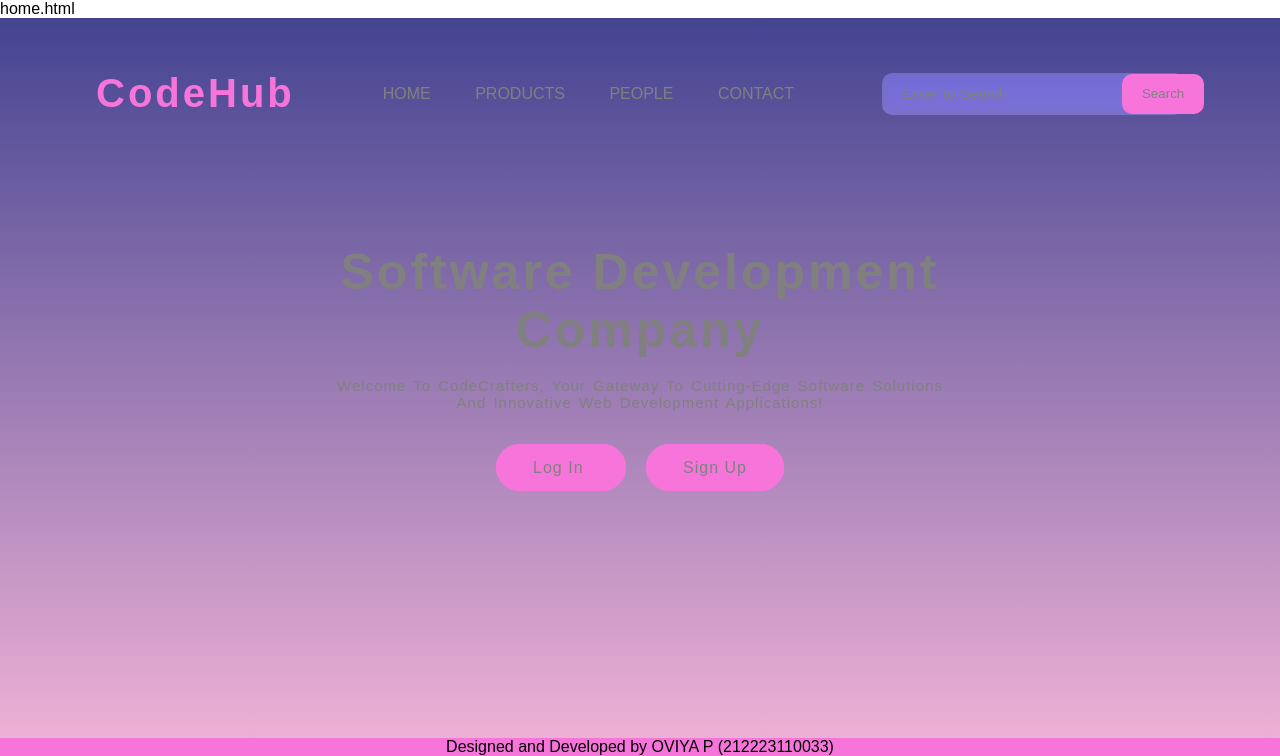
Repository: Oviya24032K6/softweb
Page: oviya/softapp/static/home.html
The author's editor kept a copy of each file at every save. The page is drawn from the files as they stood at one save, then again after a run of saves.
The browser window is 1280 px wide. The pictures show the whole page.

Above is the page before, as saved 2024-04-23 11:25:38.

### oviya/softapp/static/home.html
home.html

<html>
    <head>
        <meta name="viewport" content="width=device-width, initial-scale=1.0">
        <title> Software Development Company </title>
        <style type="text/css">
            * {
                margin: 0;
                padding: 0;
                font-family: Arial, Helvetica, sans-serif;
            }
            .banner {
                width: 100%;
                height: 100vh;
                background-image: linear-gradient(rgba(5, 5, 108, 0.75),rgba(232, 150, 199, 0.75));
                background-size: cover;
                background-position: center;
            }
            .navbar {
                width: 85%;
                margin: auto;
                padding: 35px 0;
                display: flex;
                align-items: center;
                justify-content: space-between;
            }
            .logo {
                color:#f775db;
                font-size: 40px;
                font-weight: 700;
                letter-spacing: 3px;
            }
            span {
                color: gray;
            }
            form {
                width: 300px;
                height: 40px;
                display: flex;
                background: rgba(255, 255, 255, 0.2);
                padding: 1px 1px;
                font-size: 15px;
                border-radius: 10px;
                backdrop-filter: blur(4px) saturate(180%);
            }
            form input {
                background: transparent;
                flex: 1;
                border: 0;
                outline: none;
                padding: 12px 20px;
                font-size: 15px;
                color: gray;
            }
            ::placeholder {
                color: gray;
            }
            form button {
                border: 0;
                outline: none;
                padding: 5px 20px;
                color: gray;
                border-radius: 10px;
                background:#f775db;
                cursor: pointer;
            }
            .navbar li {
                list-style: none;
                display: inline-block;
                margin: 0 20px;
                position: relative;
            }
            .navbar li a {
                text-decoration: none;
                color: gray;
                text-transform: uppercase;
            }
            .navbar li:hover {
                border: 1px;
                padding: 10px;
                color: gray;
                background-color:#f775db;
                transition: 0.5s;
                cursor: pointer;
                border-radius: 30px;
            }
            .content {
                position: absolute;
                top: 50%;
                left: 50%;
                transform: translate(-50%,-50%);
                text-align: center;
            }
            .text h2 {
                color: gray;
                font-weight: 800;
                font-size: 50px;
                letter-spacing: 3px;
            }
            .text p {
                color: gray;
                text-transform: capitalize;
                font-size: 15px;
                margin-bottom: 30px;
                word-spacing: 2px;
                letter-spacing: 1px;
            }
            .login {
                margin: 0px 10px;
                border: 2px solid#f775db;
                padding: 13px 35px;
                letter-spacing: 1px;
                color: gray;
                border-radius: 30px;
                background-color:#f775db;
                text-decoration: none;
            }
            .login:hover {
                border: 2px solid#f775db;
                color:#f775db;
                background-color: gray;
                transition: 0.5s;
                cursor: pointer;
            }
            .signup {
                margin: 0px 10px;
                border: 2px solid#f775db;
                padding: 13px 35px;
                letter-spacing: 1px;
                color: gray;
                border-radius: 30px;
                background-color:#f775db;
                text-decoration: none;
            }
            .signup:hover {
                border: 2px solid#f775db;
                color:#f775db;
                background-color: gray;
                transition: 0.5s;
                cursor: pointer;
            }
            footer {
                background-color:#f775db;
                margin-top: auto;
            }
        </style>
    </head>
<body>
    <div class="banner">
        <br>
        <div class="navbar">
            <h1 class="logo">CodeHub</h1>
            <ul>
                <li><a href="http://127.0.0.1:8000/static/home.html"> Home </a></li>
                <li><a href="http://127.0.0.1:8000/static/product.html"> Products </a></li>
                <li><a href="http://127.0.0.1:8000/static/people.html"> People </a></li>
                <li><a href="http://127.0.0.1:8000/static/contact.html"> Contact </a></li>
            </ul>
            <form action="" method="get">
                <input type="text" placeholder="Enter to Search">
                <button type="submit"> Search </button>
            </form>
        </div>
        <div class="content">
            <div class="text">
                <h2> Software Development Company </h2>
                <br>
                <p> Welcome to CodeCrafters, your gateway to cutting-edge software solutions and innovative web development applications! </p>
                <br>
                <div>
                    <a href="#" class="login"> Log In </a>
                    <a href="#" class="signup"> Sign Up </a>
                </div>
            </div>
        </div>
    </div>
    <footer>
        <center> Designed and Developed by OVIYA P (212223110033) </center>
    </footer>
</body>
</html>

After the next 4 saves:
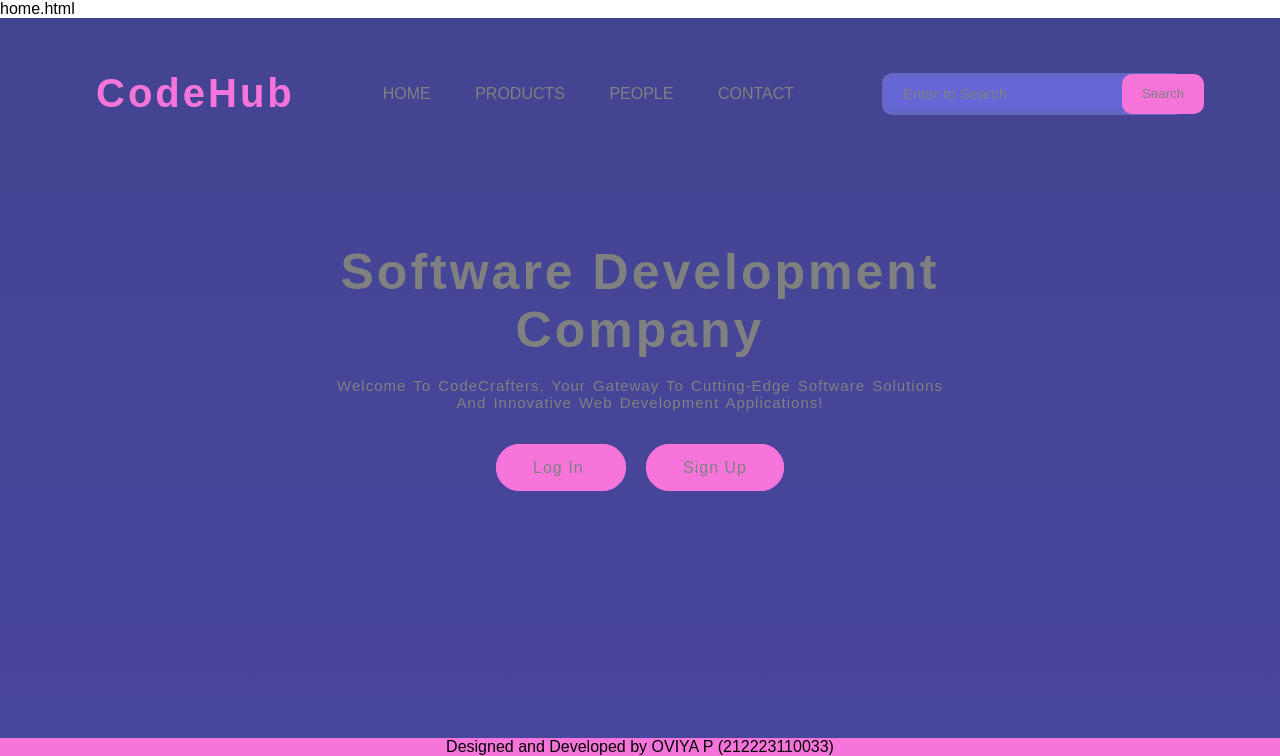
The 4 saves are shown as one change because they came seconds apart.
The last was saved 11 s later.
--- a/oviya/softapp/static/home.html
+++ b/oviya/softapp/static/home.html
@@ -13,7 +13,7 @@ home.html
             .banner {
                 width: 100%;
                 height: 100vh;
-                background-image: linear-gradient(rgba(5, 5, 108, 0.75),rgba(232, 150, 199, 0.75));
+                background-image: linear-gradient(rgba(5, 5, 108, 0.75),rgba(12, 8, 124, 0.75));
                 background-size: cover;
                 background-position: center;
             }
